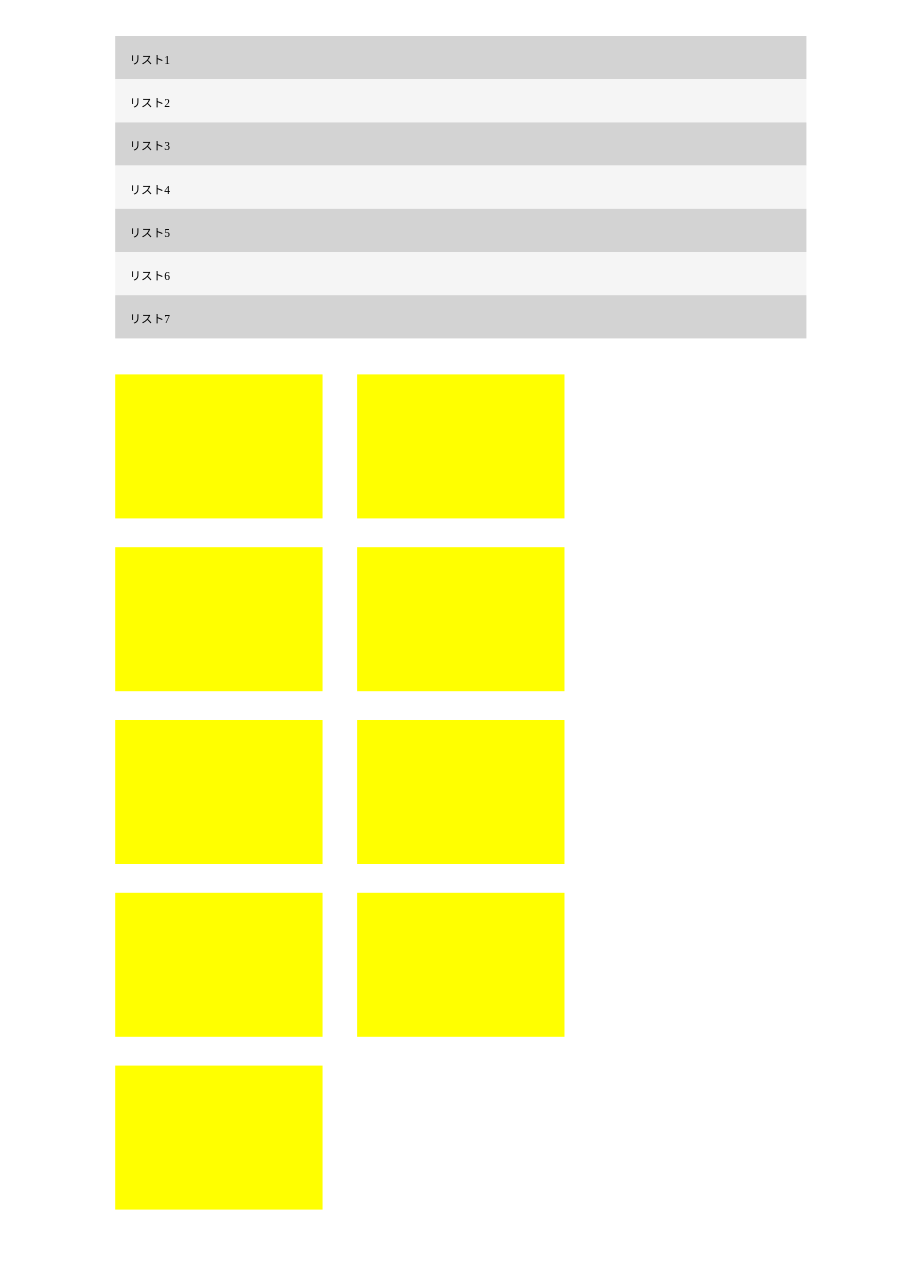
Repository: t-sato-infratop/environment
Page: chapter8_exercise/chapter8_exercise.html
The author's editor kept a record of every edit. The page is drawn from the files as they stood at one moment, then again after the next edit.
The browser window is 1280 px wide. The pictures show the whole page, at 72% of full size.

Above is the page before.

After the next edit:
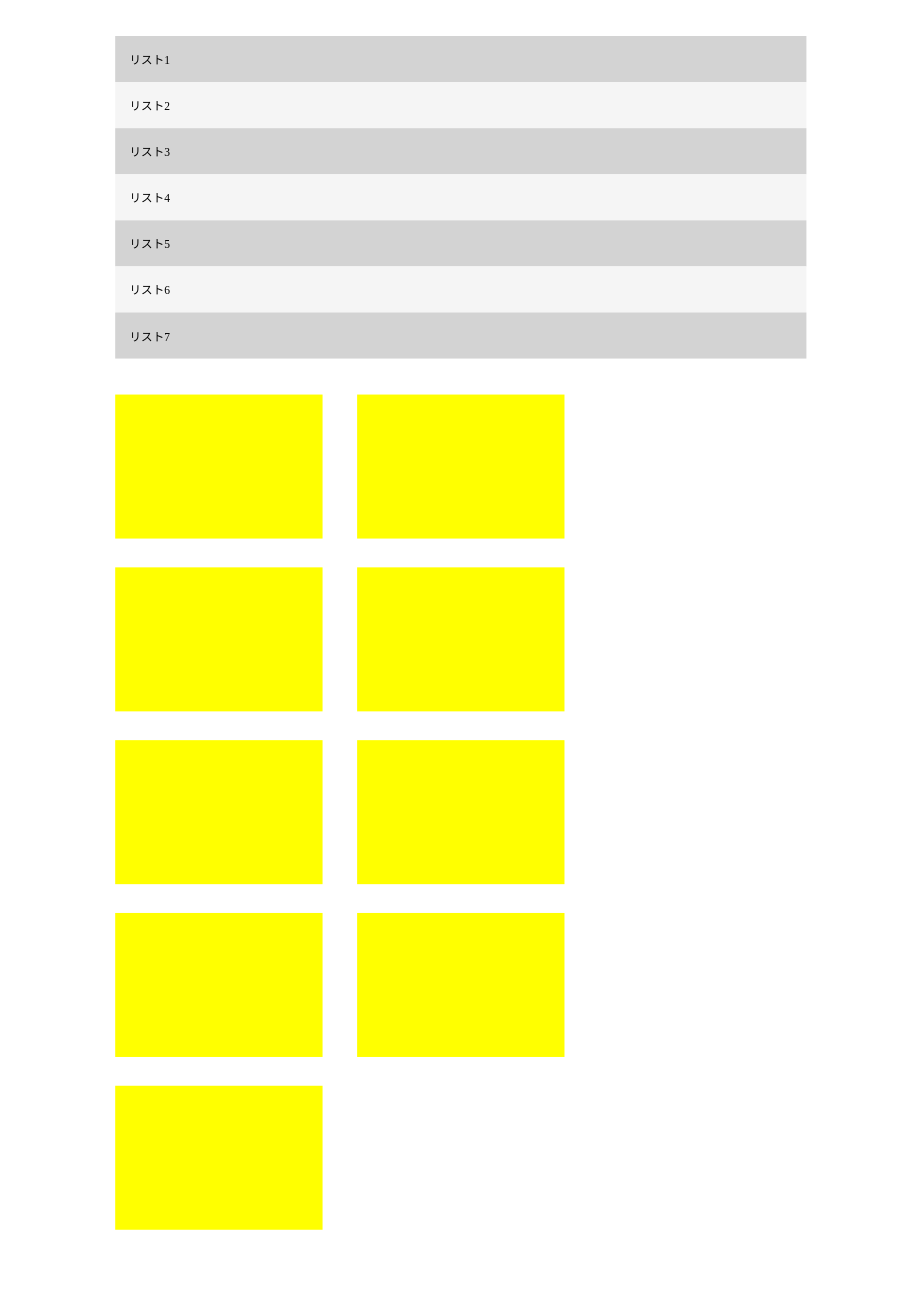
The edit:
--- a/chapter8_exercise/chapter8_exercise.css
+++ b/chapter8_exercise/chapter8_exercise.css
@@ -13,13 +13,9 @@
   margin-bottom: 50px;
 }
 
-.main-list-category {
-  width: 100%;
-  height: 60px;
-}
-
 .main-list-text {
   padding: 20px;
+  list-style: none;
 }
 
 .main-list-category:nth-child(odd) {
